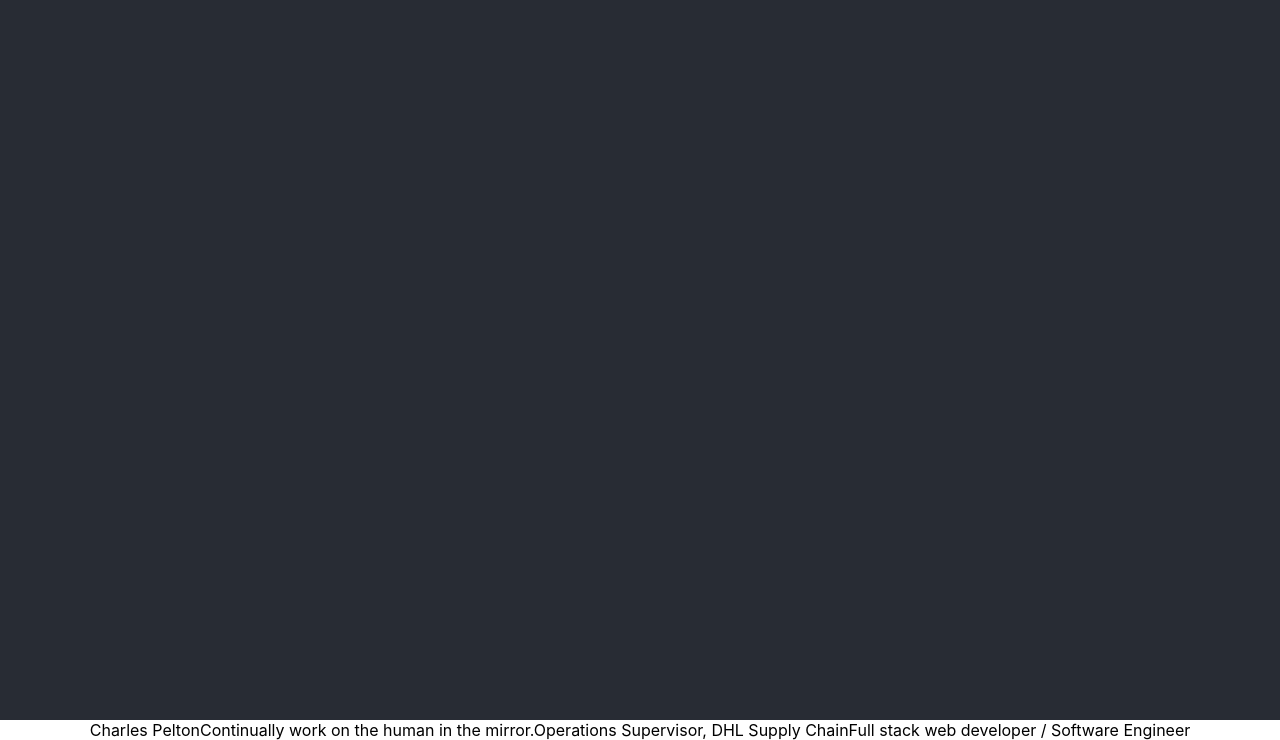
Repository: charliejp0311/PortfolioPage
Page: / (app in portfolio/)
An editor plug-in stored every save of this project. The page is shown before and after the next save, followed by the edit.
The browser window is 1280 px wide. The pictures show the whole page.
The project was rebuilt for these pictures with package versions that can differ from the ones it lists, and the page was loaded fresh each time.

Above is the page before, as saved 2020-12-03 18:01:38.

### portfolio/src/containers/App.js
import '../App.css';
import Me from '../components/me'


function App() {
  return (
    <div className="App">
      <header className="App-header">

      </header>
      <Me />
    </div>
  );
}

export default App;

### portfolio/src/components/me.js
import { Component  } from "react";

class Me extends Component{
    state = {
        name: "Charles Pelton",
        photo: "",
        moto: "Continually work on the human in the mirror.",
        career: "Operations Supervisor, DHL Supply Chain",
        aspiration: "Full stack web developer / Software Engineer"
    }
    render(){
        return(
            <div id="me">
                {this.state.name}
                {this.state.photo}
                {this.state.moto}
                {this.state.career}
                {this.state.aspiration}
            </div>
        )
    }
};

export default Me;

Loaded but not shown: portfolio/public/index.html (common file); portfolio/src/index.js (common file); Portfolio/src/index.css (common file); portfolio/src/reportWebVitals.js (common file); portfolio/src/App.css (common file)

After the next save:
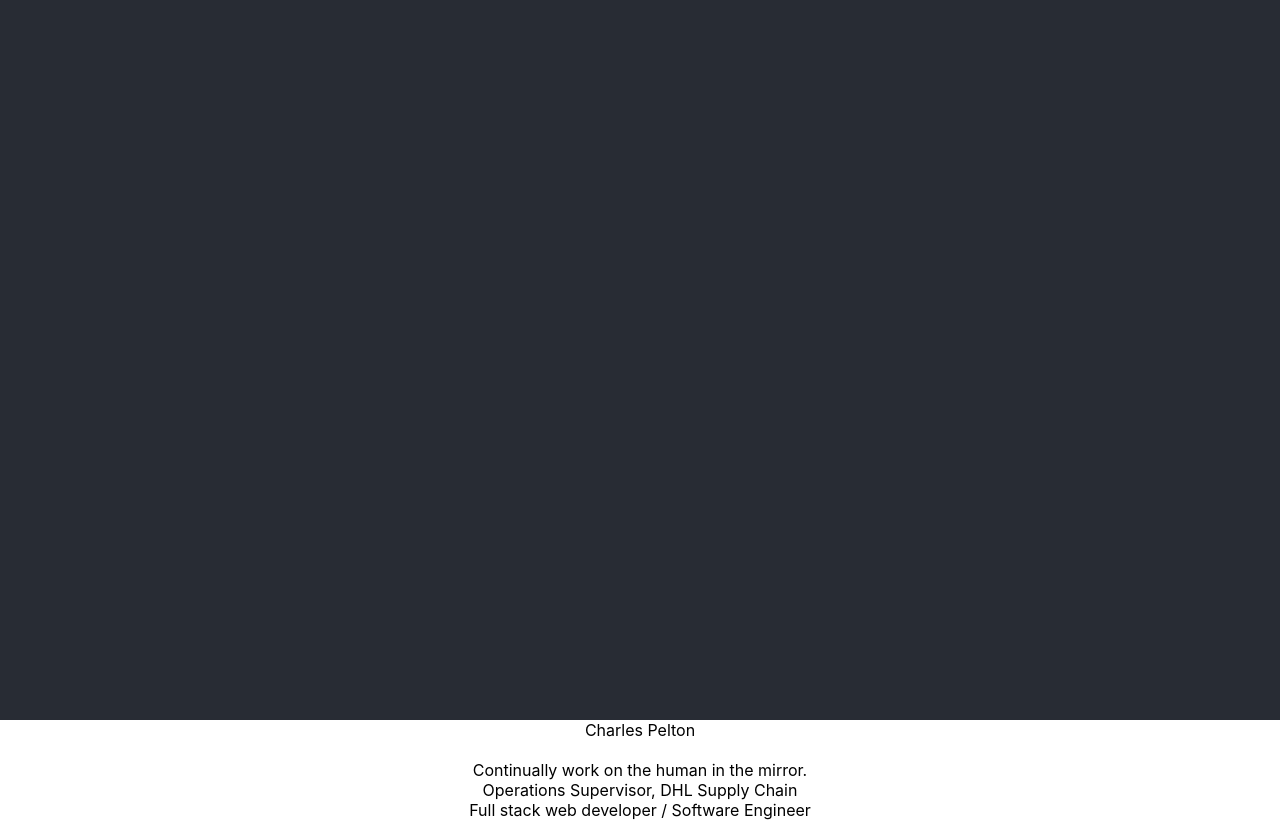
Saved 93 s later.
--- a/portfolio/src/components/me.js
+++ b/portfolio/src/components/me.js
@@ -11,10 +11,10 @@ class Me extends Component{
     render(){
         return(
             <div id="me">
-                {this.state.name}
-                {this.state.photo}
-                {this.state.moto}
-                {this.state.career}
+                {this.state.name}<br />
+                {this.state.photo}<br />
+                {this.state.moto}<br />
+                {this.state.career}<br />
                 {this.state.aspiration}
             </div>
         )
